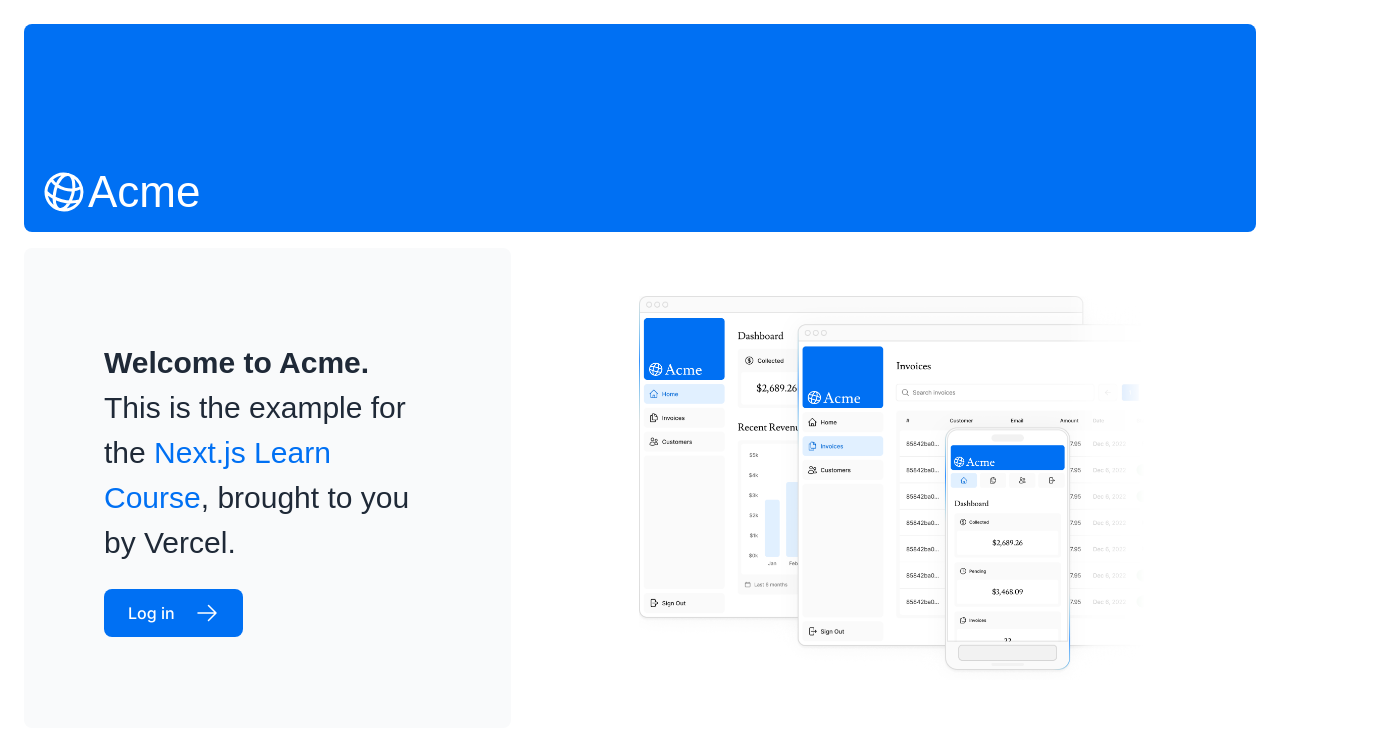
Repository: carlz812/nextjs-demo-dashboard
Page: /
An editor plug-in stored every save of this project. The page is shown before and after the next save, followed by the edit.
The browser window is 1280 px wide. The page is 1280 px wide, then 1397 px, so the pictures cover 1397 px, including what lies to the right of the window. The pictures show the whole page.
Some web fonts or font styles are not loaded; a fallback is used. The project was rebuilt for these pictures with package versions that can differ from the ones it lists, and the page was loaded fresh each time. The framework's server and built-in components were replaced by stand-ins that run in the browser. Also part of the build but not shown: next.config.js.

Above is the page before, as saved 2023-11-27 15:26:26.

After the next save:
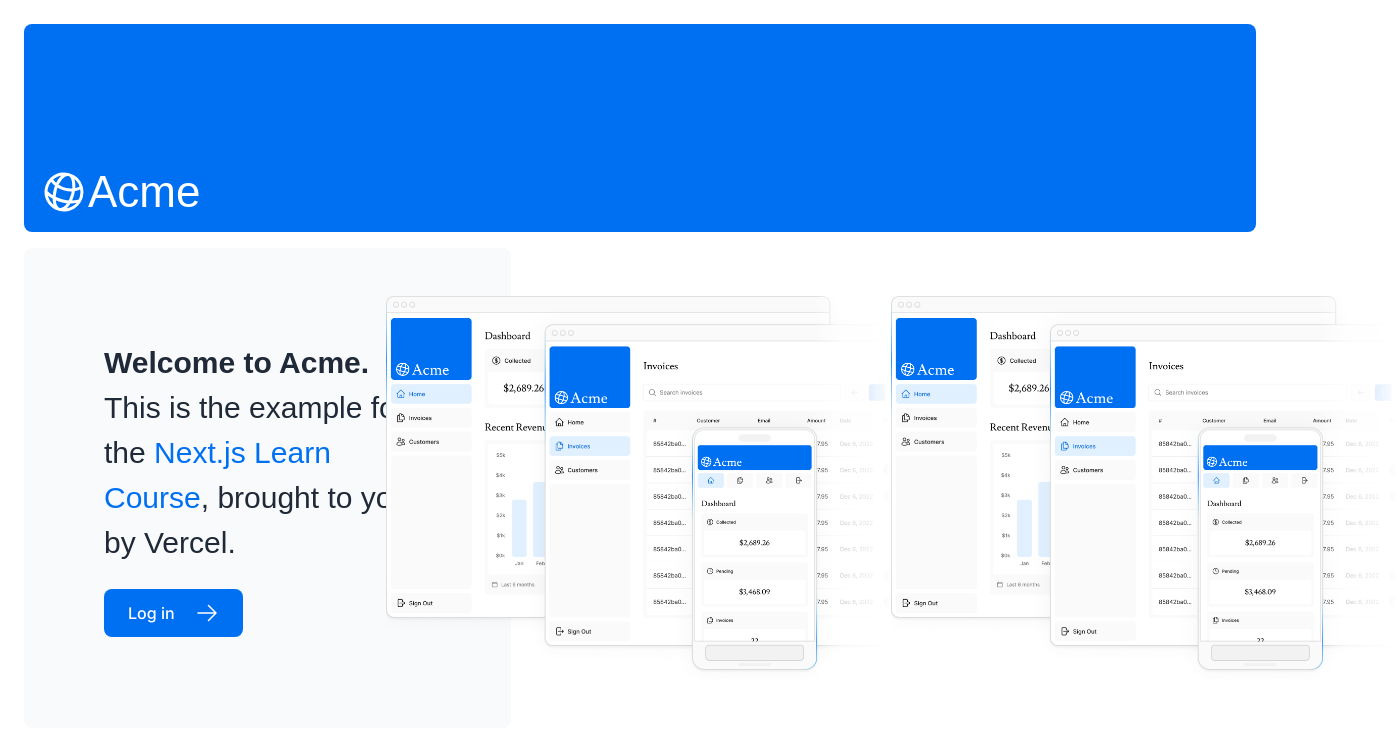
Saved 82 s later.
--- a/app/page.tsx
+++ b/app/page.tsx
@@ -36,6 +36,13 @@
             className="hidden md:block"
             alt="Screenshots of the dashboard project showing desktop version"
           />
+          <Image
+            src="/hero-desktop.png"
+            width={1000}
+            height={760}
+            className="hidden md:block"
+            alt="Screenshots of the dashboard project showing desktop version"
+          />
         </div>
       </div>
     </main>
